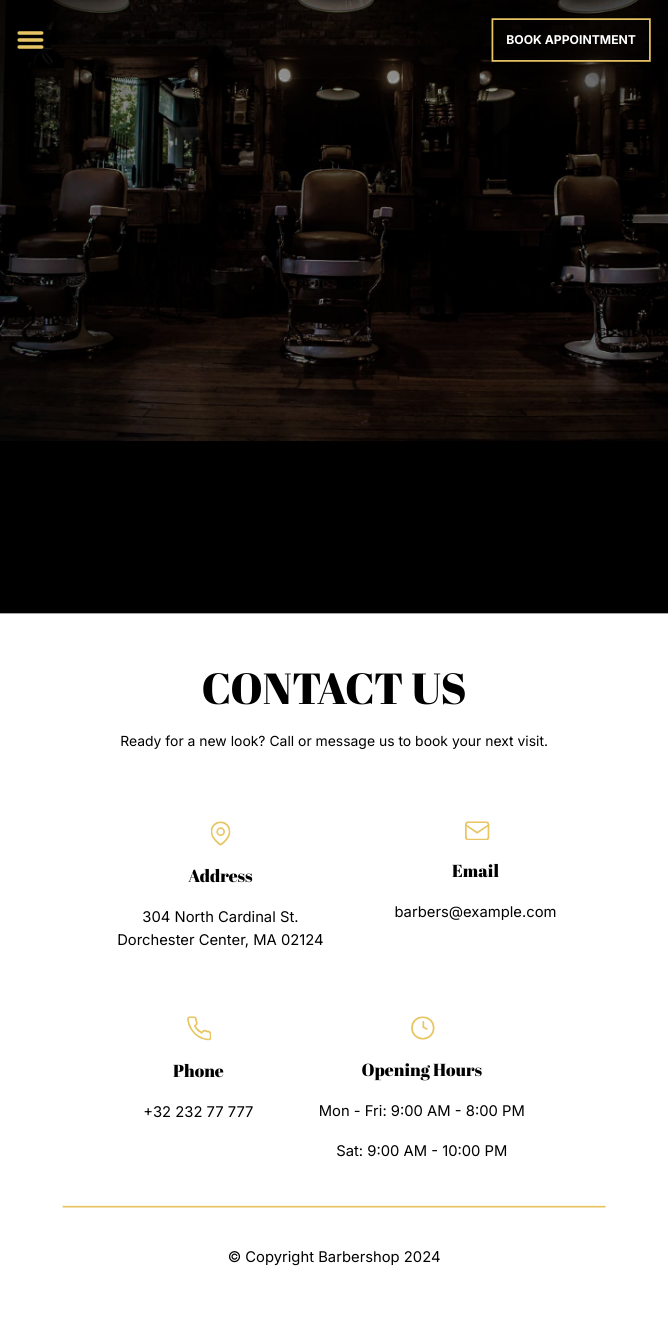
Repository: BogdanLazebnika/barbershop
Page: http://localhost/
These files come from the project's save history. The page is drawn as it stood at one moment and after the next save; the edit follows.
The browser window is 768 px wide. The pictures show the whole page, at 87% of full size.
The page is run by PHP 8.4 with error messages shown; the project is at /var/www/html/.

Above is the page before, as saved 2025-07-16 18:57:56.

After the next save:
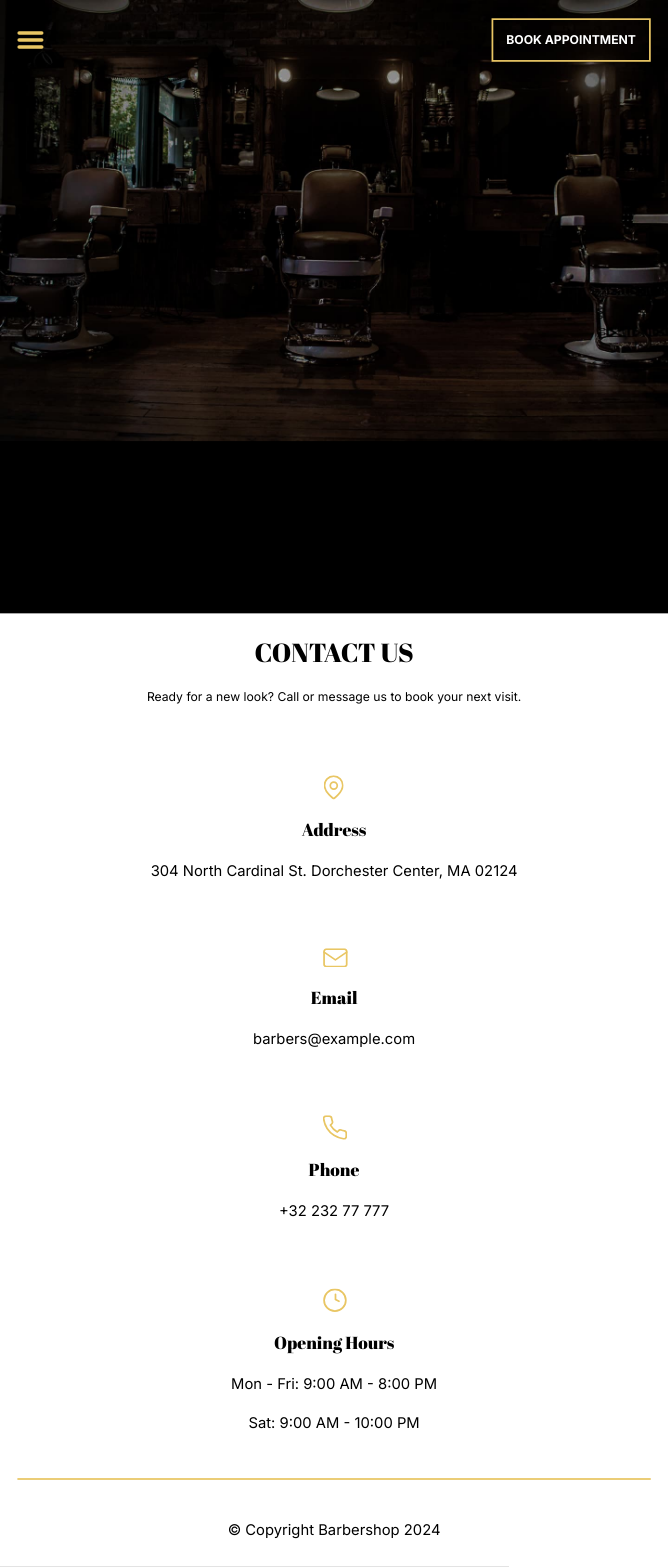
Saved 4 s later.
--- a/assets/css/footer.css
+++ b/assets/css/footer.css
@@ -79,6 +79,21 @@
 
 
 
-@media screen {
-
+@media screen and (max-width: 1023px) {
+    footer {
+        padding: 30px 20px;
+    }
+    footer h2 {
+        font-size: 30px;
+    }
+    footer .footer-text {
+        font-size: 14px;
+    }
+    .footer-contacts {
+        flex-direction: column;
+        align-items: center;
+    }
+    .contact-item {
+        max-width: 100%;
+    }
 }
